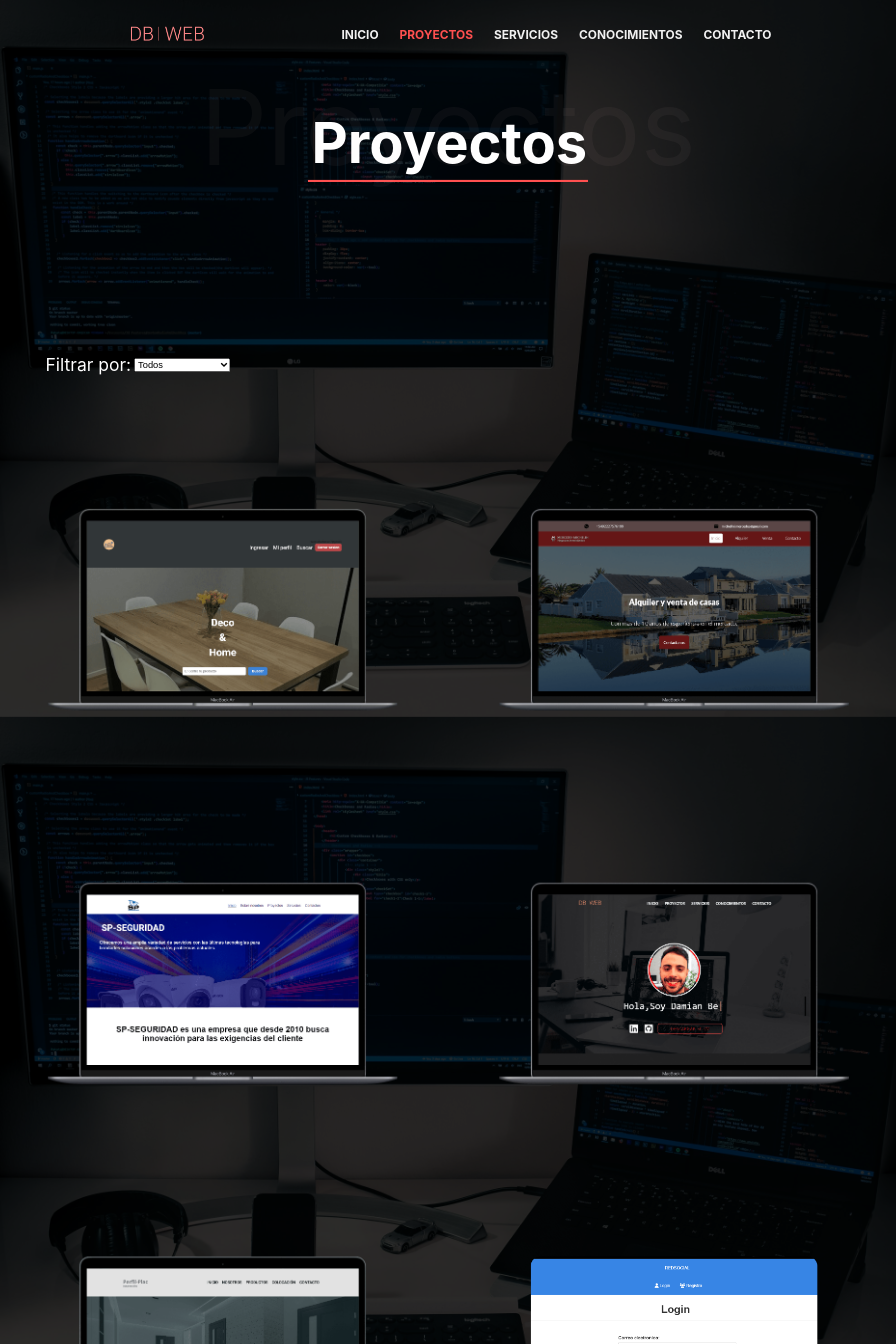
Repository: DamianBermudez94/DB-Porfolio
Page: /proyecto
An editor plug-in stored every save of this project. The page is shown before and after the next save, followed by the edit.
The browser window is 1280 px wide. The pictures show the part of the page from y = 0 to 1920 px (the page is 2996 px tall before and 2998 px after), at 70% of full size.
Backgrounds fixed to the window are drawn as part of the page. Some web libraries are served in a nearby version. The project was rebuilt for these pictures with package versions that can differ from the ones it lists, and the page was loaded fresh each time. Also part of the build but not shown: vite.config.js, src/components/TextoCustom/styles.css, src/components/TextoCustom/CustomText.jsx, src/components/Home/styles.css, src/components/Home/Home.jsx, src/pages/Inicio.jsx, src/components/Servicios/styles.css, src/components/Servicios/Service.jsx and 8 more.

Above is the page before, as saved 2024-04-01 11:41:30.

### index.html
<!DOCTYPE html>
<html lang="es">
  <head>
    <meta charset="utf-8" />
    <meta name="viewport" content="width=device-width, initial-scale=1" />
    <meta name="geo.position" content="-35.1853171; -59.1479442" />
    <link
      rel="icon"
      type="image/png"
      sizes="32x32"
      href="./public/image/icons-favicon-DB.png"
    />
    <link
      rel="apple-touch-icon"
      type="image/png"
      sizes="32x32"
      href="./public/image/icons-favicon-DB.png"
    />

    <link rel="manifest" href="./src/manifiesto.json" />
    <title>Damián Bermúdez - Developer</title>
    <meta name="author" content="Damián Bermúdez" />
    <meta
      name="description"
      content="Desarrollador Web Full Stack - Diseñador Web - Paginás Web - Damián Bermúdez"
    />
    <meta name="theme-color" content="#000000" />
    <!--Estilos-->
    <script
      src="https://kit.fontawesome.com/bdbed0aafa.js"
      crossorigin="anonymous"
    ></script>
    <link rel="preconnect" href="https://fonts.gstatic.com" />
    <link rel="preconnect" href="https://fonts.gstatic.com" />
    <link rel="preconnect" href="https://fonts.gstatic.com" />
    <link rel="preconnect" href="https://fonts.gstatic.com" />
    <link
      href="https://fonts.googleapis.com/css2?family=Raleway:wght@200;300&family=Roboto:wght@100;300&display=swap"
      rel="stylesheet"
    />
  </head>
  <body>
    <div id="root"></div>
    <script type="module" defer src="/src/main.jsx"></script>
  </body>
</html>

### src/main.jsx
import ReactDOM from "react-dom/client";

import App from "./App";
import "./index.css";
const root = ReactDOM.createRoot(document.getElementById("root"));
root.render(<App />);

### src/App.jsx
import { useState, useEffect } from "react";
import { MisRutas } from "./routers/MisRutas";
import { BrowserRouter } from "react-router-dom";
import backgroundImage from "../public/image/banner-parallax2.jpg";
import "./App.css";
function App() {
  const [scrollPosition, setScrollPosition] = useState(0);

  useEffect(() => {
    const handleScroll = () => {
      setScrollPosition(window.pageYOffset);
    };

    window.addEventListener("scroll", handleScroll);

    return () => {
      window.removeEventListener("scroll", handleScroll);
    };
  }, []);

  return (
    <main className="content-main parallax-container">
      <div
        className="parallax-background"
        style={{
          backgroundImage: `url(${backgroundImage})`,
          backgroundPositionY: scrollPosition / 2 + "px",
        }}
      />
      <div className="parallax-content">
        <BrowserRouter>
          <MisRutas />
        </BrowserRouter>
      </div>
    </main>
  );
}

export default App;

### src/index.css
* {
  margin: 0;
  padding: 0;
  box-sizing: border-box;
}
body {
  font-family: -apple-system, BlinkMacSystemFont, "Segoe UI", "Roboto", "Oxygen",
    "Ubuntu", "Cantarell", "Fira Sans", "Droid Sans", "Helvetica Neue",
    sans-serif;
  -webkit-font-smoothing: antialiased;
  -moz-osx-font-smoothing: grayscale;
}

### src/routers/MisRutas.jsx
import {Routes, Route } from "react-router-dom";

import { Inicio } from "../pages/Inicio";
import { Servicios } from "../pages/Servicios";
import { AcerdaDe } from "../pages/AcerdaDe";
import { Contacto } from "../pages/contacto";
import { Proyectos } from "../pages/Proyecto";
import { Error } from "../components/Error";
import { NavHeader } from "../components/header/NavHeader";
import { Footer } from "../components/Footer/Footer";

export const MisRutas = () => {
  return (
    <div className="layout">
      {/*Header y navegacion*/}
      <NavHeader />
      {/*Contenido general*/}

      <Routes>
        <Route path="/" element={<Inicio />} />
        <Route path="/inicio" element={<Inicio />} />
        <Route path="/servicios" element={<Servicios />} />
        <Route path="/conocimientos" element={<AcerdaDe />} />
        <Route path="/contacto" element={<Contacto />} />
        <Route path="/proyecto" element={<Proyectos />} />
        <Route path="*" element={<Error />} />
      </Routes>

      {/* Footer*/}
      <Footer />
    </div>
  );
};

### src/App.css
.parallax-container {
  position: relative;
  overflow: hidden;
  color: #fff;


}
.parallax-background {
  position: absolute;
  top: 0;
  left: 0;
  width: 100%;
  height: 100%;
  background-size: cover;
  background-position: center;
  background-attachment: fixed;

}
.parallax-content {
 /* Agregamos una transición para suavizar la animación */
  padding-top: 150px;
  background-color: rgba(0, 0, 0, 0.8);
  position: relative;
  z-index: 1; /* Asegura que el contenido esté sobre la imagen de fondo */
}

### src/pages/Proyecto.jsx
import { ListadoTrabajos } from "../components/Proyectos/ListaTrabajos";

export const Proyectos = () => {
  return (
    <section className="section-proyectos">
      <h1 className="title-proyectos">Proyectos</h1>
      <span className="sub-title__proyectos">Proyectos</span>
      <ListadoTrabajos />
    </section>
  );
};

### src/components/header/NavHeader.jsx
import { useState, useEffect } from "react";
import { NavLink } from "react-router-dom";
import "./NavHeader.css";
import BurguerButton from "./burgerButton";

export const NavHeader = () => {
  const [clicked, setClicked] = useState(false);
  const [scrolled, setScrolled] = useState(false);
  const handleClick = () => {
    //cuando esta true lo pasa a false y vice versa
    setClicked(!clicked);
  };
  useEffect(() => {
    const handleScroll = () => {
      if (window.scrollY > 50) {
        setScrolled(true);
      } else {
        setScrolled(false);
      }
    };

    window.addEventListener("scroll", handleScroll);

    // Limpiar el event listener en el desmontaje del componente
    return () => {
      window.removeEventListener("scroll", handleScroll);
    };
  }, []);

  return (
    <header className={`header ${scrolled ? "scrolled" : ""}`}>
      <div className="nav-content">
        <div className="logo">
          <NavLink to="/inicio">
            <img
              src={"/image/Logo-DB.png"}
              alt="Damian Bermudez desarrollador web"
            ></img>
          </NavLink>
        </div>

        <BurguerButton
          className="btn-menu"
          clicked={clicked}
          handleClick={handleClick}
        />
        <nav className={`menu ${clicked ? "active" : ""}`}>
          <ul>
            <li>
              <NavLink
                to="/inicio"
                onClick={handleClick}
                className={({ isActive }) => (isActive ? "active" : "")}
              >
                Inicio
              </NavLink>
            </li>
            <li>
              <NavLink
                to="/proyecto"
                onClick={handleClick}
                className={({ isActive }) => (isActive ? "active" : "")}
              >
                proyectos
              </NavLink>
            </li>
            <li>
              <NavLink
                to="/servicios"
                onClick={handleClick}
                className={({ isActive }) => (isActive ? "active" : "")}
              >
                servicios
              </NavLink>
            </li>
            <li>
              <NavLink
                to="/conocimientos"
                onClick={handleClick}
                className={({ isActive }) => (isActive ? "active" : "")}
              >
                conocimientos
              </NavLink>
            </li>
            <li>
              <NavLink
                to="/contacto"
                onClick={handleClick}
                className={({ isActive }) => (isActive ? "active" : "")}
              >
                contacto
              </NavLink>
            </li>
          </ul>
        </nav>
      </div>
    </header>
  );
};

### src/components/Footer/Footer.jsx

import './Footer.css'
export const Footer = () => {
  return (
    <footer className="footer">
      <div className="contenedor-footer container">
          <div className="footer-redes__sociales">
              <a href="https://www.facebook.com" className="link-redes_sociales" ><i className="fab fa-facebook facebook"></i></a>
              <a href="https://www.instagram.com" className="link-redes_sociales" ><i className="fab fa-instagram instagran"></i></a>
              <a href="https://www.linkedin.com" className="link-redes_sociales" ><i className="fab fa-linkedin linkedin"></i></a>
              <a href="https:/www.github.com" className="link-redes_sociales" ><i className="fab fa-github-square github"></i></a>
          </div>
          <hr className='footer-linea__separacion' />
          <div className="footer-text">
              <p className="title-copy">Hecho por<a className="title-footer" href="https://damianbermudezdev.es/">DB|WEB</a></p>
          </div>
      </div>
    </footer>
  )
}

### src/components/header/NavHeader.css
.header {
  height: 80px;
  width: 100%;
  max-width: 1200px;
  display: flex;
  justify-content: space-around;
  align-items: center;
  position: fixed;
  top: 0;
  right: 0;
  left: 0;
  z-index: 1000;
  padding: 50px 20px;
margin: 0 auto;
  transition: background-color 0.5s ease;
}

/* Cambiar el fondo al hacer scroll */
.header.scrolled {
  background-color: rgba(83, 83, 83, 0.9);
  border-radius: 10px;
  width: 80%;
  display: flex;
  justify-content: center;
  align-items: center;
  position: fixed;

  margin: 0 auto;
}

.nav-content {
  width: 90%;
  height: 80px;
  margin: 0 auto;
  display: flex;
  justify-content: space-around;
  padding: 5px;
  align-items: center;
}
.header .logo img {
  width: 150px;
  height: 100px;
  object-fit: cover;
}

.header nav ul {
  display: flex;
  justify-content: center;
  align-items: center;
  list-style: none;
}
.header li {
  text-decoration: none;
  text-transform: uppercase;
  font-size: 17px;
  font-weight: bold;
  margin: 15px;
}
.header li a {
  text-decoration: none;
  transition: all 300ms;
  color: #f1f1f1;
}
.header .active,
.header a:hover {
  color: rgb(255, 80, 80);
}

.header .btn-menu {
  display: none;
}
@media screen and (max-width: 960px) {
  .header {
    max-width: 900px;
  }

  .header .logo img {
    width: 200px;
    height: 150px;
  }

  .menu {
    list-style-type: none;
    margin: 0;
    padding: 0;
    transform: translateY(-100%);
    transition: transform 0.5s ease-in-out;
    position: fixed;
    top: 150px;
    left: 0%;
    width: 100%;
    height: 100vh;
    width: 100%;
    display: flex;
    flex-direction: column;
    align-items: center;
    justify-content: center;
    height: 0;
    overflow: hidden;
    background-color: rgba(255, 255, 255, 0);
    backdrop-filter: blur(19px);
  }

  .menu.active {
    transform: translateY(0);
    width: 100%;
    height: 100vh;
    bottom: 10px;
    display: block;
    margin: 0 auto;
  }

  .menu ul {
    flex-direction: column;
    align-items: center;
    justify-content: center;
  }

  .menu li {
    width: 100%;
    margin: 10px auto;
    border-bottom: 1px solid rgb(255, 1, 1);
    margin: 10px 0;
    transform: translateY(-50px);
    opacity: 0;
    transition: transform 0.5s ease, opacity 0.5s ease;
  }
  .menu.active li {
    transform: translateY(0);
    opacity: 1;
    padding: 10px;
  }
  .menu a {
    text-decoration: none;
    color: #fff;
    font-size: 20px;
    transition: color 0.3s;
  }
  .menu a:hover {
    color: #ffd700;
  }
}
@media screen and (max-width: 480px) {
  .header {
    padding: 50px;

  }
  .header .logo img {
    width: 150px;
    height: 100px;
  }
}

### src/components/header/burgerButton.jsx
/* eslint-disable react/prop-types */

import styled from "styled-components";

function BurguerButton(props) {
  return (
    <Burguer>
      <div
        onClick={props.handleClick}
        className={`btn-menu nav-icon-5 ${props.clicked ? "open" : ""}`}
      >
        <span></span>
        <span></span>
        <span></span>
      </div>
    </Burguer>
  );
}

export default BurguerButton;

const Burguer = styled.div`
  /* nav-icon-5 */
  .nav-icon-5 {
    width: 35px;
    height: 30px;
    position: relative;
    cursor: pointer;
    display: flex;
    margin: 25px auto;
  }
  .nav-icon-5 span {
    background-color: #fff;
    position: absolute;
    border-radius: 2px;
    transition: 0.3s cubic-bezier(0.8, 0.5, 0.2, 1.4);
    width: 100%;
    height: 4px;
    transition-duration: 500ms;
  }
  .nav-icon-5 span:nth-child(1) {
    top: 0px;
    left: 0px;
  }
  .nav-icon-5 span:nth-child(2) {
    top: 13px;
    left: 0px;
    opacity: 1;
  }
  .nav-icon-5 span:nth-child(3) {
    bottom: 0px;
    left: 0px;
  }
  .nav-icon-5:not(.open):hover span:nth-child(1) {
    transform: rotate(-3deg) scaleY(1.1);
  }
  .nav-icon-5:not(.open):hover span:nth-child(2) {
    transform: rotate(3deg) scaleY(1.1);
  }
  .nav-icon-5:not(.open):hover span:nth-child(3) {
    transform: rotate(-4deg) scaleY(1.1);
  }
  .nav-icon-5.open span:nth-child(1) {
    transform: rotate(45deg);
    top: 13px;
  }
  .nav-icon-5.open span:nth-child(2) {
    opacity: 0;
  }
  .nav-icon-5.open span:nth-child(3) {
    transform: rotate(-45deg);
    top: 13px;
  }
  @media screen and (min-width: 960px) {
    .btn-menu {
      display: none;
    }
  }
`;

### src/components/Footer/Footer.css
.footer {
  min-height: 120px;
  line-height: 7px;
  text-align: center;
  font-size: 22px;
  padding: 45px;
  background-color: #212121;
}

.contenedor-footer {
  display: flex;
  flex-direction: column;
  justify-content: center;
  align-content: center;
  margin: 0 auto;
  padding: 20px;
}
.footer-text {
  display: flex;
  justify-content: center;
  align-items: center;
  padding: 10px;
  margin-top: 20px;
}
.title-copy {
  text-align: center;
  font-size: 26px;
  font-weight: 300;
}
.title-footer {
  text-decoration: none;
  color: rgb(252, 136, 136);
  margin-left: 5px;
}
.footer-linea__separacion{
  height: 1px;
  width: 100%;
  max-width: 700px;
  margin: 0 auto;


}
body.dark .title-copy {
  color: #f1f1f1;
}

.footer-redes__sociales {
  display: flex;
  justify-content: center;
  align-items: center;
  text-align: center;
  margin-bottom: 10px;
}
.link-redes_sociales {
  text-decoration: none;
  width: 50px;
  height: 50px;
  margin: 10px;
  color: rgb(255, 255, 255);
  background-color: rgb(28, 28, 28);
  border-radius: 10px;
  text-align: center;
  position: relative;
  transition: transform 0.4s;
  font-size: 26px;
  padding: 4px;
}
.link-redes_sociales:hover {
  transform: rotate(45deg);
}
.link-redes_sociales::before {
  content: "";
  position: absolute;
  width: 100%;
  height: 100%;
  opacity: 0;
  background-color: #373737;
  border-radius: 10px;
  transition: opacity 0.2s;
}
.link-redes_sociales:hover::before {
  opacity: 0.4;
}
.link-redes_sociales:nth-child(1)::before {
  background-color: rgb(255, 80, 80);
}
.link-redes_sociales:nth-child(2)::before {
  background-color: rgb(255, 80, 80);
}
.link-redes_sociales:nth-child(3)::before {
  background-color: rgb(255, 80, 80);
}
.link-redes_sociales:nth-child(4)::before {
  background-color: rgb(255, 80, 80);
}

.link-redes_sociales:hover::before {
  transform: translate(-4px, -4px);
  filter: blur(10px);
}

.link-redes_sociales i {
  font-size: 1.7em;
  transition: all 0.4s;
}
.link-redes_sociales:hover i {
  color: #f1f1f1;
  transform: rotate(-45deg);
}

body.dark .redes-sociales i {
  color: #f1f1f1;
}

### src/components/Proyectos/styles.css
/**--Estilos seccion Proyectos--**/
.section-proyectos {
  text-align: center;
  margin: 0;
  padding: 0;
}

.title-proyectos {
  width: 100%;
  max-width: 400px;
  padding: 5px;
  margin: 0 auto;
  font-size: 80px;
  color: rgb(255, 255, 255);
  border-bottom: 3px solid rgb(255, 80, 80);
}
.sub-title__proyectos {
  position: relative;
  opacity: 0.04;
  font-size: 150px;
  top: -170px;
  right: 0;
  color: rgb(253, 214, 214);
}
.container-proyectos {
  position: relative;
  top: 0;
  left: 0;
  width: 100%;
  max-width: 1600px;
  display: grid;
  grid-template-columns: repeat(2, 1fr);
  grid-gap: 30px;
  padding: 10px;
  margin: 0 auto;
}
.container-filtro{
  display: flex;
  align-items: center;
  justify-content:left;
  grid-column: span 2;
  padding: 50px;
}
.container-filtro label{
  font-size: 25px;
  padding: 5px;
}
.card-proyectos {
  width: 100%;
  display: flex;
  align-items: center;
  flex-direction: column;
  margin: 0 auto;
}
.content-proyectos__img img {
  object-fit: contain;
  border-radius: 5px;
  width: 700px;
  height: 500px;
  cursor: pointer;
  transition: all 0.5s;
}
.content-proyectos__img img:hover {
  filter: drop-shadow(5px 5px 3px red);
}

.card-proyectos span {
  display: block;
  color: white;
  font-size: 18px;
  margin-top: 35px;
}
.card-proyectos h2 {
  display: block;
  color: white;
  margin-top: 5px;
  font-size: 25px;
}
.card-proyectos a {
  color: white;
  text-decoration: none;
  transition: none;
  text-align: center;
}

.content-proyectos__enlace {
  width: 100%;
  display: flex;
  justify-content: center;
  align-items: center;
  padding: 20px;
  margin: 0 auto;
}

.proyectos-enlace {
  width: 40%;
  max-width: 200px;
  text-decoration: none;
  display: flex;
  align-items: center;
  justify-content: center;
  margin: 0 auto;
  font-size: 18px;
  cursor: pointer;
  text-transform: uppercase;
  letter-spacing: 2px;
  color: rgb(255, 0, 0);
  background-color: transparent;
  outline: 2px solid rgb(255, 80, 80);
  border: none;
  border-radius: 8px;
  padding: 10px 20px;
  position: relative;

  overflow: hidden;
  transition: color 1s;
}

.proyectos-enlace:hover {
  color: #000000;
  z-index: 1;
}

.proyectos-enlace::before {
  content: "";
  position: absolute;
  top: 0;
  left: -50px;
  width: 150%;
  height: 100%;
  background-color: rgba(255, 85, 85, 0.5);
  border: none;
  outline: 3px solid rgb(0, 0, 0);
  transform: scaleX(0) skewX(35deg);
  transform-origin: left;
  z-index: -1;
  transition: transform 1s;
}

.proyectos-enlace:hover::before {
  transform: scaleX(1) skewX(35deg);
}

/* Modal personalizado */
.mi-modal {
  width: 600px;
  height: 500px;
  display: flex;
  justify-content: space-between;
  align-items: center;
  background-color: rgba(0, 0, 0, 0.9);
  border-radius: 5px;
  box-shadow: 0 0 10px rgba(247, 10, 10, 0.9);
  padding: 20px;
}
.container-modal {
  width: 100%;
  height: 100%;
  display: flex;
  justify-content: space-around;
  padding: 10px;
  flex-direction: column;
}

.mi-modal-overlay {
  width: 100%;
  height: 100vh;
  color: #fff;
  display: flex;
  justify-content: center;
  align-items: center;
  position: fixed;
  top: 0;
  left: 0;
  right: 0;
  bottom: 0;
  background-color: rgba(0, 0, 0, 0.2);
  margin: 0 auto;
  z-index: 111111111111111111111;
}
@media (max-width: 1480px) {
  .content-proyectos__img img {
    width: 500px;
    height: 500px;
  }
}

@media (max-width: 1120px) {
  .content-proyectos__img img {
    width: 450px;
    height: 450px;
  }
}
@media (max-width: 960px) {
  .container-proyectos {
    display: grid;
    grid-template-columns: repeat(1, 1fr);
    grid-gap: 10px;
  }
  .mi-modal {
    width: 400px;
    height: 500px;
    display: flex;
    justify-content: space-between;
    align-items: center;
    background-color: rgba(0, 0, 0, 0.336);
    border-radius: 5px;
    padding: 20px;
    box-shadow: 0 0 10px rgba(247, 10, 10, 0.9);
  }
}
@media (max-width: 760px) {
  .container-proyectos {
    grid-template-columns: repeat(1, 1fr);
  }
  .content-proyectos__img img {
    width: 400px;
    height: 400px;
  }
  .sub-title__proyectos {
    font-size: 105px;
    top: -135px;
  }
}
@media (max-width: 480px) {
  .title-proyectos {
    font-size: 40px;
    max-width: 300px;
  }
  .sub-title__proyectos {
    font-size: 70px;
    top: -90px;
  }
  .content-proyectos__img img {
    width: 300px;
    height: 300px;
  }
  .mi-modal {
    width: 300px;
  }
}
@media (max-width: 360px) {
  .title-proyectos {
    font-size: 35px;
    max-width: 200px;
  }
  .sub-title__proyectos {
    font-size: 50px;
    top: -70px;
  }
  .content-proyectos__img img {
    width: 250px;
    height: 250px;
  }
  .mi-modal {
    width: 300px;
  }
}

Loaded but not shown: src/data/trabajos.js (92 lines, source omitted); src/components/Proyectos/ListaTrabajos.jsx (115 lines, source omitted)

After the next save:
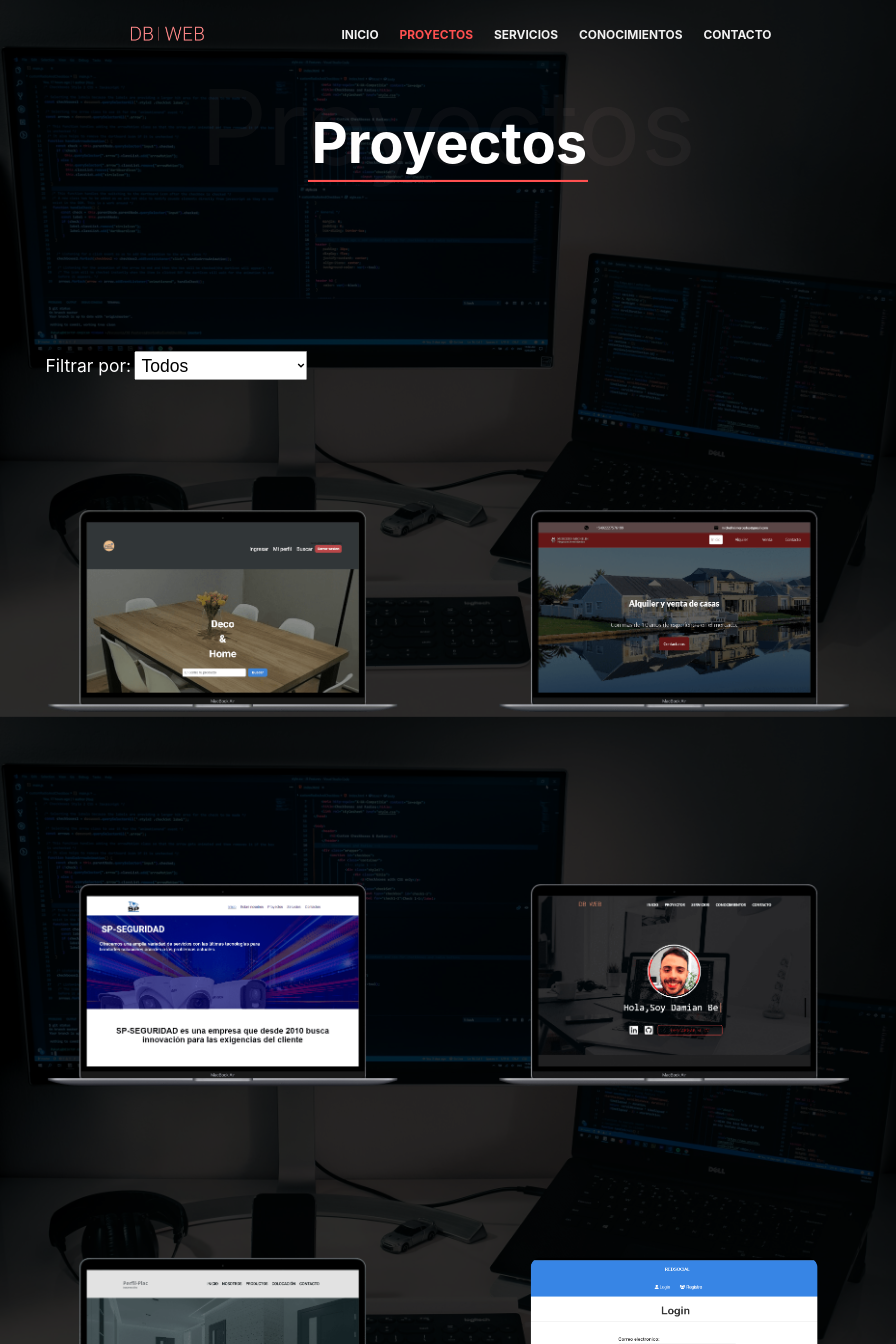
Saved 39 min 8 s later.
--- a/src/components/Proyectos/styles.css
+++ b/src/components/Proyectos/styles.css
@@ -42,6 +42,10 @@
   padding: 50px;
 }
 .container-filtro label{
+  font-size: 25px;
+  padding: 5px;
+}
+.container-filtro select{
   font-size: 25px;
   padding: 5px;
 }
